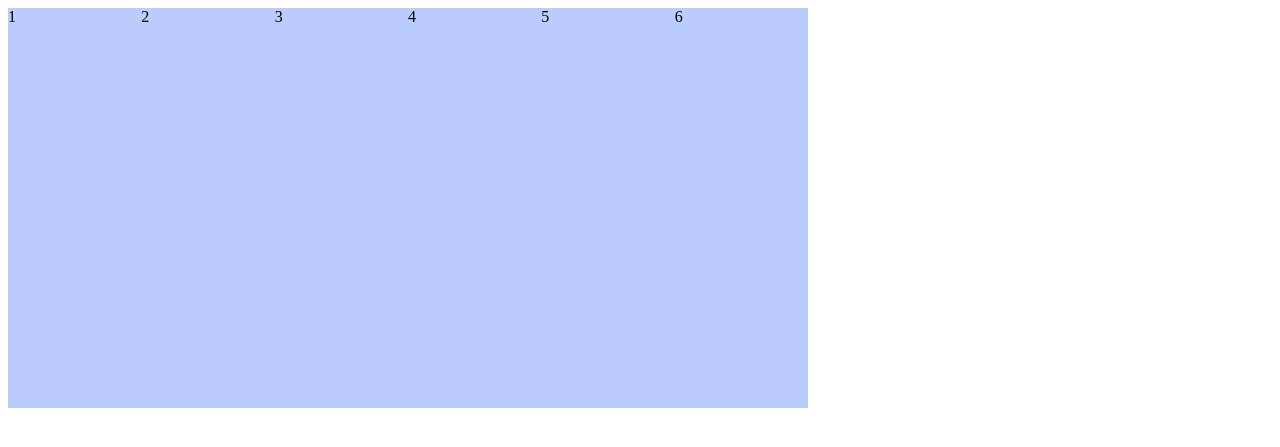
Repository: liutian97/learn1
Page: 移动端web开发/代码/2. Flex 伸缩布局/07-flex设置侧轴对齐方式（多行）.html
An editor plug-in stored every save of this project. The page is shown before and after the next save, followed by the edit.
The browser window is 1280 px wide. The pictures show the whole page.

Above is the page before, as saved 2022-07-02 17:29:16.

### 移动端web开发/代码/2. Flex 伸缩布局/07-flex设置侧轴对齐方式（多行）.html
<!DOCTYPE html>
<html lang="en">

<head>
  <meta charset="UTF-8">
  <meta http-equiv="X-UA-Compatible" content="IE=edge">
  <meta name="viewport" content="width=device-width, initial-scale=1.0">
  <title>Document</title>
  <style>
    div {
      width: 800px;
      height: 400px;
      background-color: #bcf;
      display: flex;
    }
    div span {
      width: 150px;
      height: 100px;
      background-color: #bcf;
    }
  </style>
</head>

<body>
  <div>
    <span>1</span>
    <span>2</span>
    <span>3</span>
    <span>4</span>
    <span>5</span>
    <span>6</span>

  </div>
</body>

</html>









<!-- <!DOCTYPE html>
<html lang="en">

<head>
    <meta charset="UTF-8">
    <meta name="viewport" content="width=device-width, initial-scale=1.0">
    <meta http-equiv="X-UA-Compatible" content="ie=edge">
    <title>Document</title>
    <style>
        div {
            display: flex;
            width: 800px;
            height: 400px;
            background-color: pink;
            /* 换行 */
            flex-wrap: wrap;
            /* 因为有了换行，此时我们侧轴上控制子元素的对齐方式我们用 align-content */
            /* align-content: flex-start; */
            /* align-content: center; */
            /* align-content: space-between; */
            align-content: space-around;
        }

        div span {
            width: 150px;
            height: 100px;
            background-color: purple;
            color: #fff;
            margin: 10px;
        }
    </style>
</head>

<body>
    <div>
        <span>1</span>
        <span>2</span>
        <span>3</span>
        <span>4</span>
        <span>5</span>
        <span>6</span>
    </div>
</body>

</html> -->

After the next save:
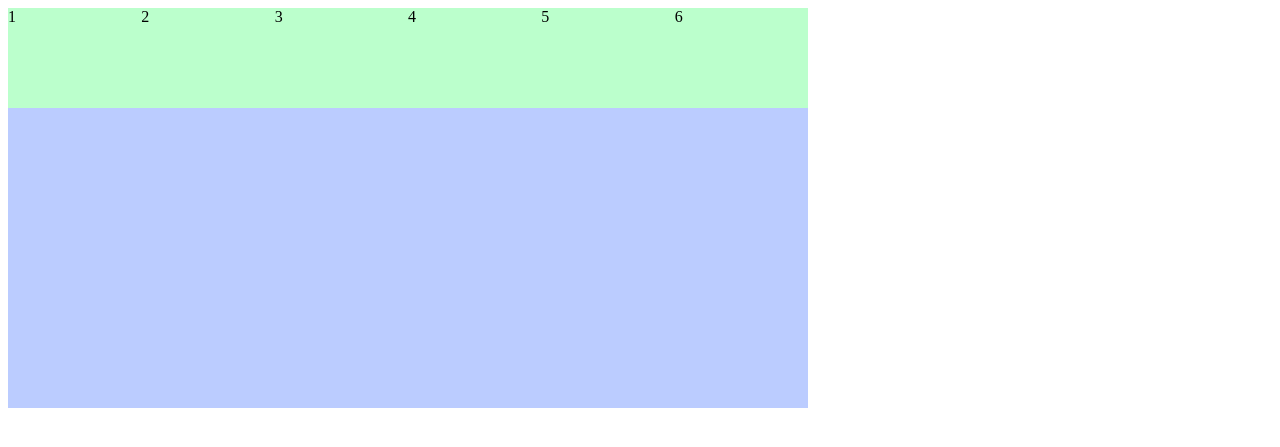
Saved 5 s later.
--- a/移动端web开发/代码/2. Flex 伸缩布局/07-flex设置侧轴对齐方式（多行）.html
+++ b/移动端web开发/代码/2. Flex 伸缩布局/07-flex设置侧轴对齐方式（多行）.html
@@ -16,7 +16,7 @@
     div span {
       width: 150px;
       height: 100px;
-      background-color: #bcf;
+      background-color: #bfc;
     }
   </style>
 </head>
